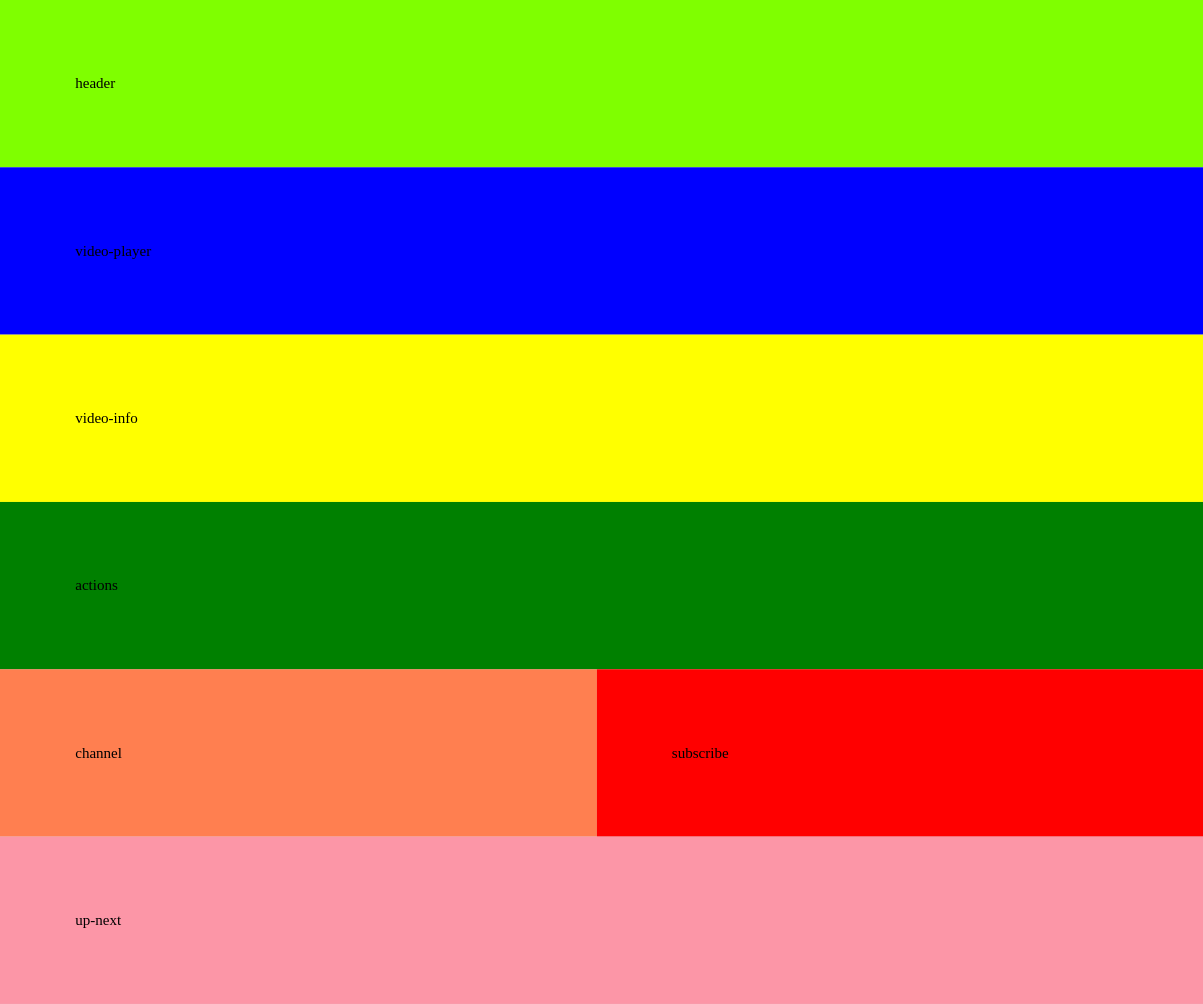
Repository: rafavirginio/clone-do-youtube
Page: index.html
An editor plug-in stored every save of this project. The page is shown before and after the next save, followed by the edit.
The browser window is 1280 px wide. The pictures show the whole page, at 94% of full size.

Above is the page before, as saved 2020-09-28 18:39:49.

After the next save:
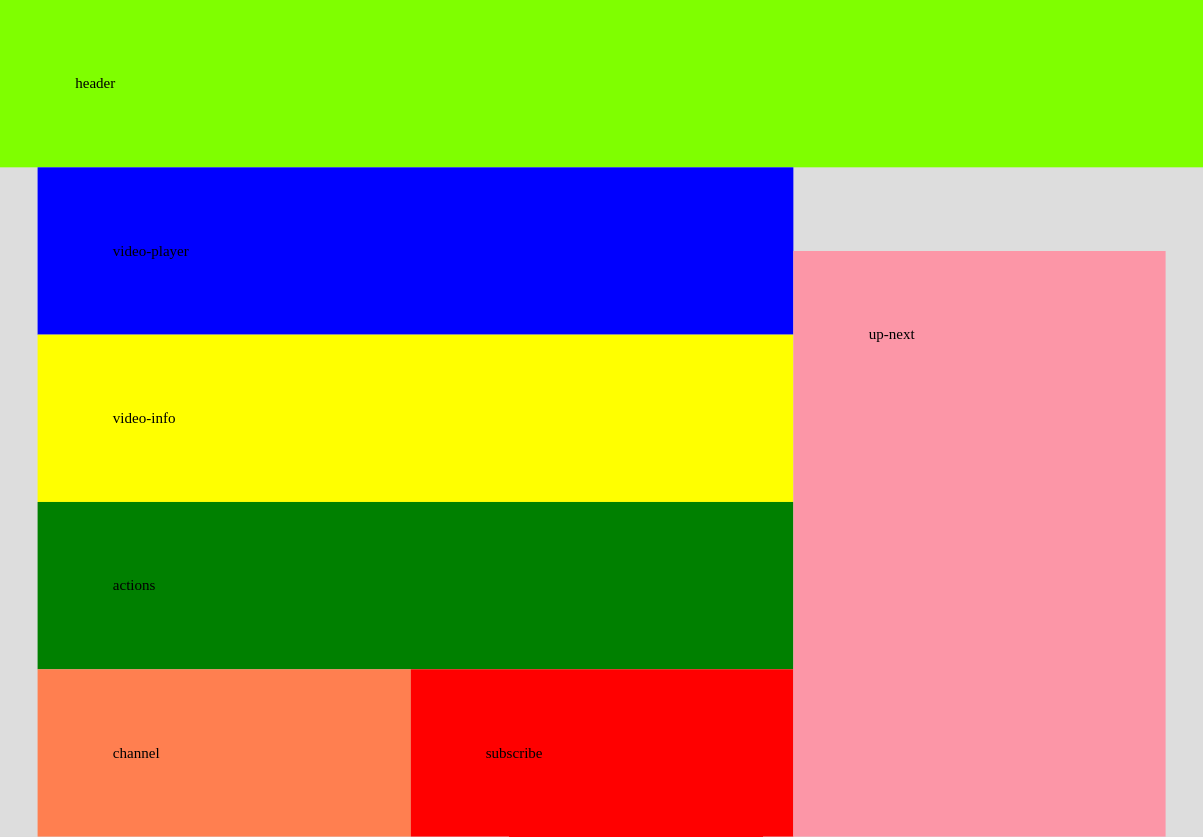
Saved 2 min 57 s later.
--- a/style.css
+++ b/style.css
@@ -62,7 +62,7 @@
     grid-area: up-next;
 }
 
-@media screen and (min-width 700px) {
+@media screen and (min-width: 700px) {
     main {
         max-width: 1200px;
         grid-template-areas: "video-player video-player ad" "video-player video-player up-next" "video-info   video-info   up-next" "actions      actions      up-next" "channel      subscribe    up-next";
